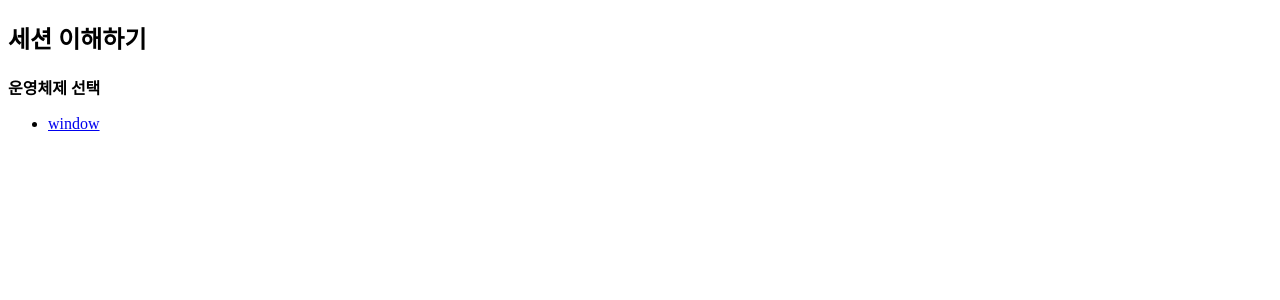
Repository: offbr/Python
Page: django_session/sessionapp/templates/setos.html
An editor plug-in stored every save of this project. The page is shown before and after the next save, followed by the edit.
The browser window is 1280 px wide. The pictures show the whole page.

Above is the page before, as saved 2016-11-07 02:34:04.

After the next save:
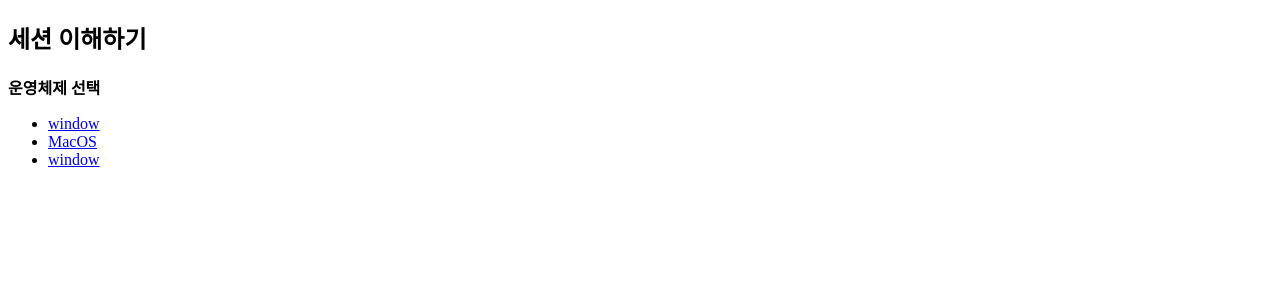
Saved 17 s later.
--- a/django_session/sessionapp/templates/setos.html
+++ b/django_session/sessionapp/templates/setos.html
@@ -9,6 +9,8 @@
 <strong>운영체제 선택</strong>
 <ul>
 	<li><a href="/setos/?favorite_os=window">window</a></li>
+	<li><a href="/setos/?favorite_os=window">MacOS</a></li>
+	<li><a href="/setos/?favorite_os=window">window</a></li>
 
 </ul>
 </body>
